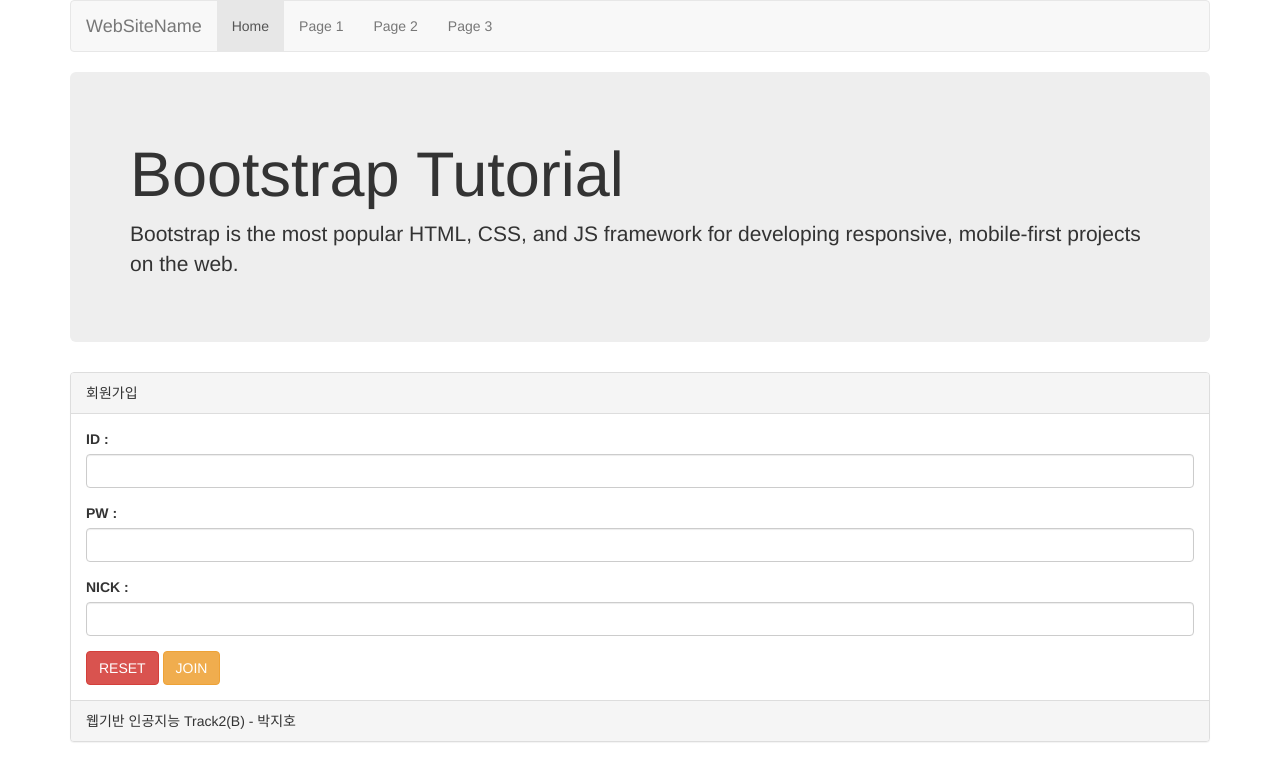
Repository: Jipumpkin/WebServer
Page: http://localhost/FrontCommandPattern/login.jsp
The author's editor kept a copy of each file at every save. The page is drawn from the files as they stood at one save, then again after the next save.
The browser window is 1280 px wide. The pictures show the whole page.
The page is served by Tomcat 9. Other server files are loaded and not shown.

Above is the page before, as saved 2024-08-20 03:20:18.

### FrontCommandPattern/src/main/webapp/login.jsp
<%@ page language="java" contentType="text/html; charset=EUC-KR"
    pageEncoding="EUC-KR"%>
<!DOCTYPE html>
<html>
<head>
<meta charset="EUC-KR">
<title>Insert title here</title>
<link rel="stylesheet" href="https://maxcdn.bootstrapcdn.com/bootstrap/3.4.1/css/bootstrap.min.css">
<script src="https://ajax.googleapis.com/ajax/libs/jquery/3.7.1/jquery.min.js"></script>
<script src="https://maxcdn.bootstrapcdn.com/bootstrap/3.4.1/js/bootstrap.min.js"></script>
</head>
<body>
	<div class="container">

		<nav class="navbar navbar-default">
		  <div class="container-fluid">
		    <div class="navbar-header">
		      <a class="navbar-brand" href="#">WebSiteName</a>
		    </div>
		    <ul class="nav navbar-nav">
		      <li class="active"><a href="#">Home</a></li>
		      <li><a href="#">Page 1</a></li>
		      <li><a href="#">Page 2</a></li>
		      <li><a href="#">Page 3</a></li>
		    </ul>
		  </div>
		</nav>

	    <div class="jumbotron">
		    <h1>Bootstrap Tutorial</h1>
		    <p>Bootstrap is the most popular HTML, CSS, and JS framework for developing
		    responsive, mobile-first projects on the web.</p>
	  	</div>

	 	<div class="panel panel-default">
		    <div class="panel-heading">회원가입</div>

		    <div class="panel-body">

				<form action="JoinController" method="post">
				  <div class="form-group">
				    <label for="id">ID : </label>
				    <input type="text" class="form-control" id="id" name="id">
				  </div>
				  <div class="form-group">
				    <label for="pwd"> PW : </label>
				    <input type="password" class="form-control" id="pwd" name="pw">
				  </div>
				  <div class="form-group">
				    <label for="nick"> NICK : </label>
				    <input type="text" class="form-control" id="nick" name="nick">
				  </div>
				  <button type="reset" class="btn btn-danger">RESET</button>
				  <button type="submit" class="btn btn-warning">JOIN</button>
				</form>

		    </div>

		    <div class="panel-footer">웹기반 인공지능 Track2(B) - 박지호</div>
	  	</div>
	</div>

</body>
</html>

After the next save:
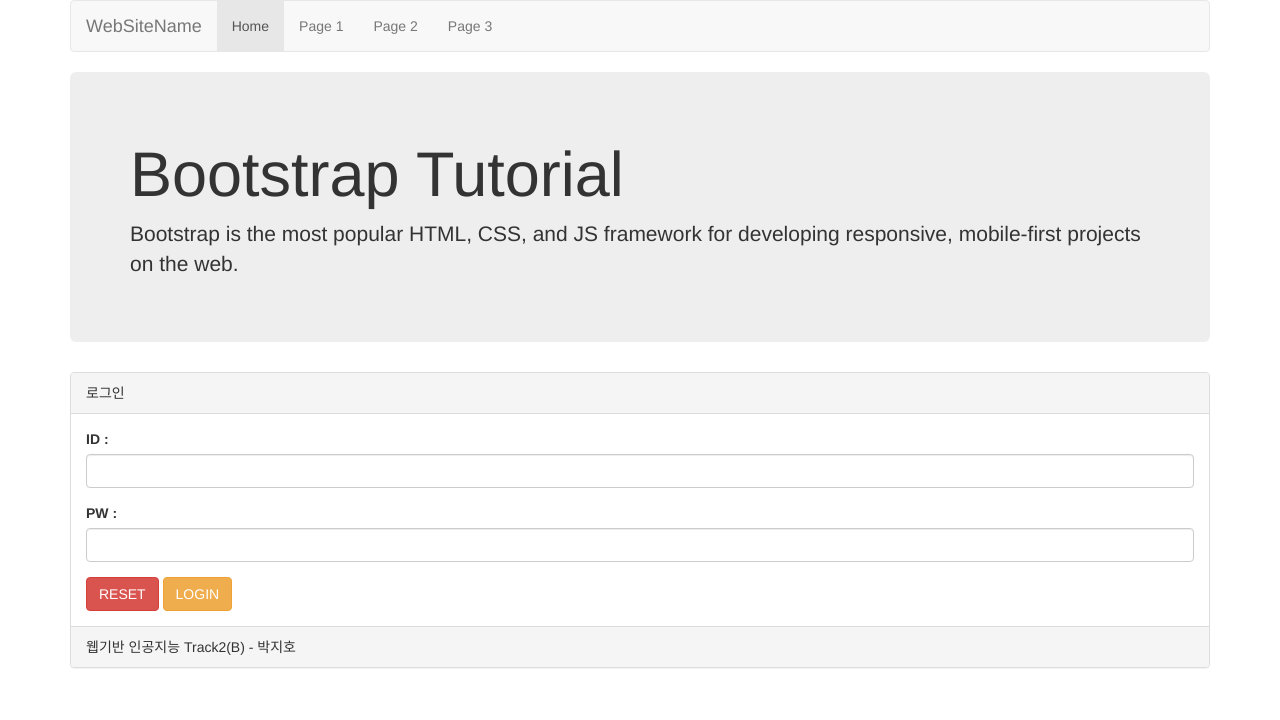
Saved 2 min 39 s later.
--- a/FrontCommandPattern/src/main/webapp/login.jsp
+++ b/FrontCommandPattern/src/main/webapp/login.jsp
@@ -33,11 +33,11 @@
 	  	</div>
 
 	 	<div class="panel panel-default">
-		    <div class="panel-heading">회원가입</div>
+		    <div class="panel-heading">로그인</div>
 
 		    <div class="panel-body">
 
-				<form action="JoinController" method="post">
+				<form action="LoginController" method="post">
 				  <div class="form-group">
 				    <label for="id">ID : </label>
 				    <input type="text" class="form-control" id="id" name="id">
@@ -46,12 +46,9 @@
 				    <label for="pwd"> PW : </label>
 				    <input type="password" class="form-control" id="pwd" name="pw">
 				  </div>
-				  <div class="form-group">
-				    <label for="nick"> NICK : </label>
-				    <input type="text" class="form-control" id="nick" name="nick">
-				  </div>
+
 				  <button type="reset" class="btn btn-danger">RESET</button>
-				  <button type="submit" class="btn btn-warning">JOIN</button>
+				  <button type="submit" class="btn btn-warning">LOGIN</button>
 				</form>
 
 		    </div>
